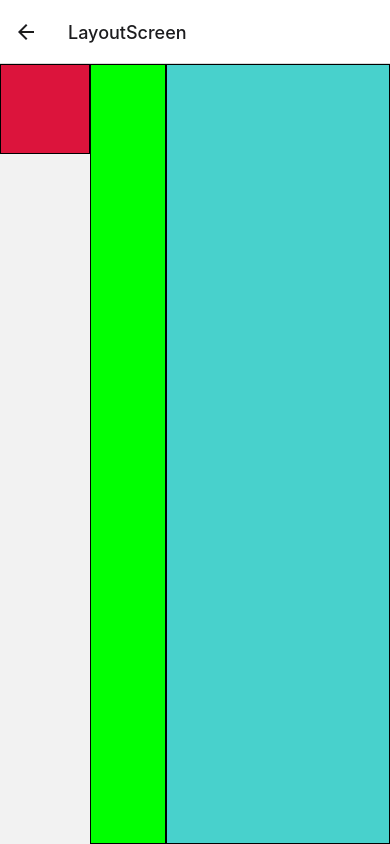
Repository: DS151-UFPR-2023/DS151_Israel-De-Quadros_EX4
Screen: /LayoutScreen
These files come from the project's save history. The screen is drawn as it stood at one moment and after a run of saves; the edit follows.
The app was drawn by React Native's web renderer in a window 390 px wide. The project was rebuilt for these pictures with package versions that can differ from the ones it lists, and the page was loaded fresh each time. Also part of the build but not shown: src/components/style.js, src/components/title/index.js, src/components/result/index.js, src/components/form/index.js, src/components/main/index.js, src/components/novoComponente/index.js, src/components/counterScreen.js, src/components/ColorList.js.

Above is the screen before, as saved 2023-09-08 18:42:58.

### App.js
import { StatusBar } from 'expo-status-bar';
import { StyleSheet, Text, View } from 'react-native';
import Title from './src/components/title';
import Main from './src/components/main';
import Home2 from './src/components/novoComponente';
import { NavigationContainer } from '@react-navigation/native';
import { createStackNavigator } from '@react-navigation/stack';
import HomeScreen from './src/HomeScreen';
import CounterScreen from './src/components/counterScreen';
import Form from './src/components/form';
import ColorList from './src/components/ColorList';
import LayoutScreen from './src/components/LayoutScreen';

const Stack = createStackNavigator();

export default function App() {
  return (
    <NavigationContainer>
      <Stack.Navigator>
        <Stack.Screen name="Home" component={HomeScreen} />
        <Stack.Screen name="Home2" component={Home2} />
        <Stack.Screen name="CounterScreen" component={CounterScreen} />
        <Stack.Screen name="Form" component={Form} />
        <Stack.Screen name="ColorList" component={ColorList} />
        <Stack.Screen name="LayoutScreen" component={LayoutScreen} />
      </Stack.Navigator>
    </NavigationContainer>
  );
}

const styles = StyleSheet.create({
  container: {
    flex: 1,
    backgroundColor: '#999',
    alignItems: 'center',
    justifyContent: 'center',
  },
});

### src/HomeScreen.js
import React from "react";
import { View, Text, StyleSheet, Button } from 'react-native';

function HomeScreen({ navigation }) {
    return (
        <View style={style.mainView}>
            <Text>Home Screen</Text>
            <Button title="Ir para Galeria!"
                onPress={() => navigation.navigate('Home2')}
            />
            <Button title="Ir para Counter!"
                onPress={() => navigation.navigate('CounterScreen')}
            />
            <Button title="Ir para Form!"
                onPress={() => navigation.navigate('Form')}
            />
            <Button title="Ir para ColorList!"
                onPress={() => navigation.navigate('ColorList')}
            />
            <Button title="Ir para LayoutScreen!"
                onPress={() => navigation.navigate('LayoutScreen')}
            />
        </View>
    )
}

export default HomeScreen;

const style = StyleSheet.create({
    mainView: {
        flex: 1,
        alignItems: 'center',
        justifyContent: 'center'
    }
})

### src/components/LayoutScreen.js
import React from "react";
import { View, Text, StyleSheet, Image } from "react-native";

const LayoutScreen = () => {
    return (
        <View style={styles.root}>
            <View style={styles.elm1}></View>
            <View style={styles.elm2}></View>
            <View style={styles.elm3}></View>
        </View>
    )
}
const styles = StyleSheet.create({
    root:{
        flex:1,
        flexDirection: 'row',
        justifyContent:'center',
       },
       elm1:{
        backgroundColor:'#DC143C',
        width:90,
        height:90,
        borderWidth: 1,
       },
    elm2 : {
        flex:1,
        borderWidth: 1,
        backgroundColor: '#00FF00',
    },
    elm3 : {
        flex:3,
        borderWidth: 1,
        backgroundColor: '#48D1CC',
    },
});
export default LayoutScreen;

After the next 3 saves:
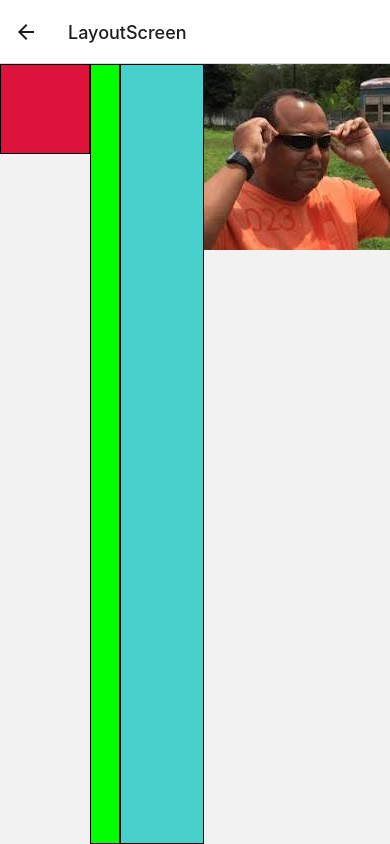
The 3 saves are shown as one change because 2 did not build or start.
The last was saved 2 min 21 s later.
--- a/src/components/LayoutScreen.js
+++ b/src/components/LayoutScreen.js
@@ -7,28 +7,34 @@ const LayoutScreen = () => {
             <View style={styles.elm1}></View>
             <View style={styles.elm2}></View>
             <View style={styles.elm3}></View>
+
+
+            <View style={styles.container}>
+                <Image style={styles.image}
+                    source={require("src/images/download.jpg")} />
+            </View>
         </View>
     )
 }
 const styles = StyleSheet.create({
-    root:{
-        flex:1,
+    root: {
+        flex: 1,
         flexDirection: 'row',
-        justifyContent:'center',
-       },
-       elm1:{
-        backgroundColor:'#DC143C',
-        width:90,
-        height:90,
+        justifyContent: 'center',
+    },
+    elm1: {
+        backgroundColor: '#DC143C',
+        width: 90,
+        height: 90,
         borderWidth: 1,
-       },
-    elm2 : {
-        flex:1,
+    },
+    elm2: {
+        flex: 1,
         borderWidth: 1,
         backgroundColor: '#00FF00',
     },
-    elm3 : {
-        flex:3,
+    elm3: {
+        flex: 3,
         borderWidth: 1,
         backgroundColor: '#48D1CC',
     },
